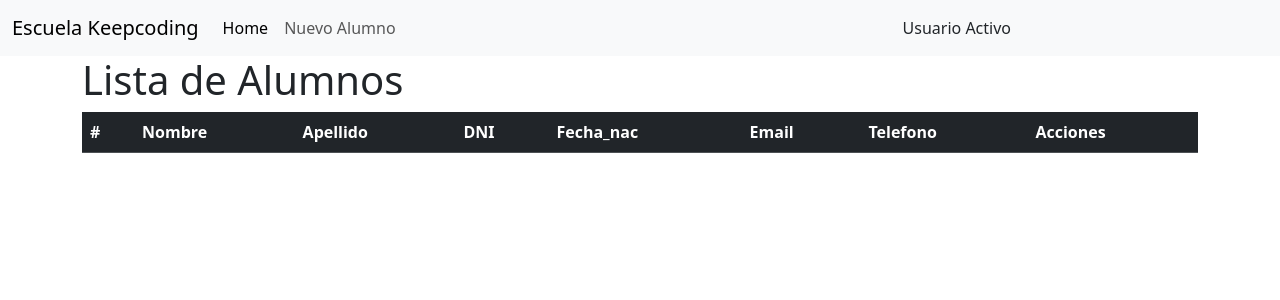
Repository: ChusmiPalos/EscuelaKeepcoding
Page: http://localhost/menu
The author's editor kept a copy of each file at every save. The page is drawn from the files as they stood at one save, then again after the next save.
The browser window is 1280 px wide. The pictures show the whole page.
The page is this project's Thymeleaf template; nobody is signed in. The template is opened directly, without the code that normally fills it, so the values that code supplies are empty.

Above is the page before, as saved 2024-07-06 22:10:35.

### app-web-escuela/src/main/resources/templates/menu.html
<!DOCTYPE html>
<html xmlns:th="https://www.thymeleaf.org/">
<head>
<meta charset="UTF-8">
<title>Escuela Keepcoding</title>
<link
	href="https://cdn.jsdelivr.net/npm/bootstrap@5.3.3/dist/css/bootstrap.min.css"
	rel="stylesheet"
	integrity="sha384-QWTKZyjpPEjISv5WaRU9OFeRpok6YctnYmDr5pNlyT2bRjXh0JMhjY6hW+ALEwIH"
	crossorigin="anonymous">
</head>
<body>

	<nav class="navbar navbar-expand-lg bg-body-tertiary">
		<div class="container-fluid">
			<a class="navbar-brand" th:href=@{/menu}>Escuela Keepcoding</a>
			<button class="navbar-toggler" type="button"
				data-bs-toggle="collapse" data-bs-target="#navbarNav"
				aria-controls="navbarNav" aria-expanded="false"
				aria-label="Toggle navigation">
				<span class="navbar-toggler-icon"></span>
			</button>
			<div class="collapse navbar-collapse" id="navbarNav">
				<ul class="navbar-nav">
					<li class="nav-item"><a class="nav-link active"
						aria-current="page" th:href=@{/menu}>Home</a></li>
					<li class="nav-item"><a class="nav-link"
						th:href=@{/alumno/new}>Nuevo Alumno</a></li>
				</ul>
			</div>
			<label for="username_activo">Usuario Activo</label>
			<input type="text" class="btn btn-default" id="username_activo" readonly>
		</div>
	</nav>

	<div class="container">
		<div class="row">
			<h1>Lista de Alumnos</h1>
		</div>

		<table class="table table-striped">
			<thead class="table-dark">
				<tr>
					<th scope="col">#</th>
					<th scope="col">Nombre</th>
					<th scope="col">Apellido</th>
					<th scope="col">DNI</th>
					<th scope="col">Fecha_nac</th>
					<th scope="col">Email</th>
					<th scope="col">Telefono</th>
					<th scope="col">Acciones</th>
				</tr>
			</thead>
			<tbody>

				<tr th:each="alu: ${alumnos}">
					<td th:text="${alu.id}" scope="row"></td>
					<td th:text="${alu.nombre}"></td>
					<td th:text="${alu.apellido}"></td>
					<td th:text="${alu.dni}"></td>
					<td th:text="${alu.fecha_nac}"></td>
					<td th:text="${alu.email}"></td>
					<td th:text="${alu.telefono}"></td>
					<td><a class="btn btn-info"
						th:href=@{/alumno/editar/{id}(id=${alu.id})}>Editar</a> <a
						class="btn btn-danger"
						th:href=@{/alumno/delete/{id}(id=${alu.id})}
						onclick="return confirm('Estas seguro?');">Borrar</a></td>
				</tr>

			</tbody>
		</table>
	</div>


	<script
		src="https://cdn.jsdelivr.net/npm/bootstrap@5.3.3/dist/js/bootstrap.bundle.min.js"
		integrity="sha384-YvpcrYf0tY3lHB60NNkmXc5s9fDVZLESaAA55NDzOxhy9GkcIdslK1eN7N6jIeHz"
		crossorigin="anonymous"></script>
</body>
</html>

After the next save:
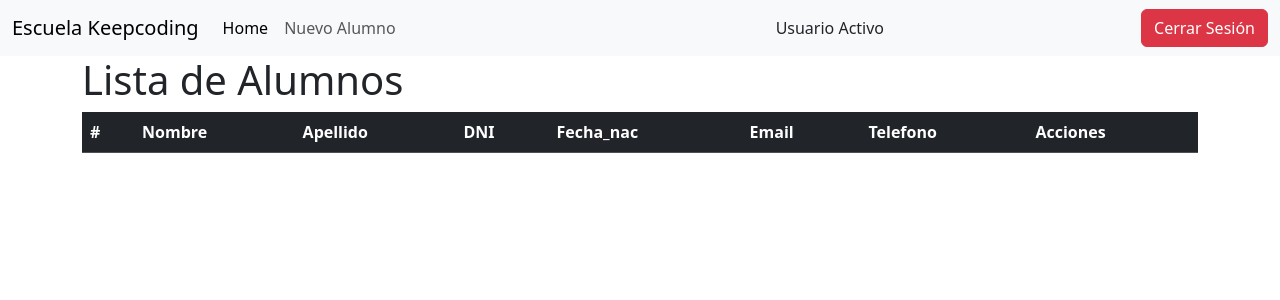
Saved 65 s later.
--- a/app-web-escuela/src/main/resources/templates/menu.html
+++ b/app-web-escuela/src/main/resources/templates/menu.html
@@ -30,6 +30,7 @@
 			</div>
 			<label for="username_activo">Usuario Activo</label>
 			<input type="text" class="btn btn-default" id="username_activo" readonly>
+			<a class="btn btn-danger" th:href=@{/login}>Cerrar Sesión</a>
 		</div>
 	</nav>
 
